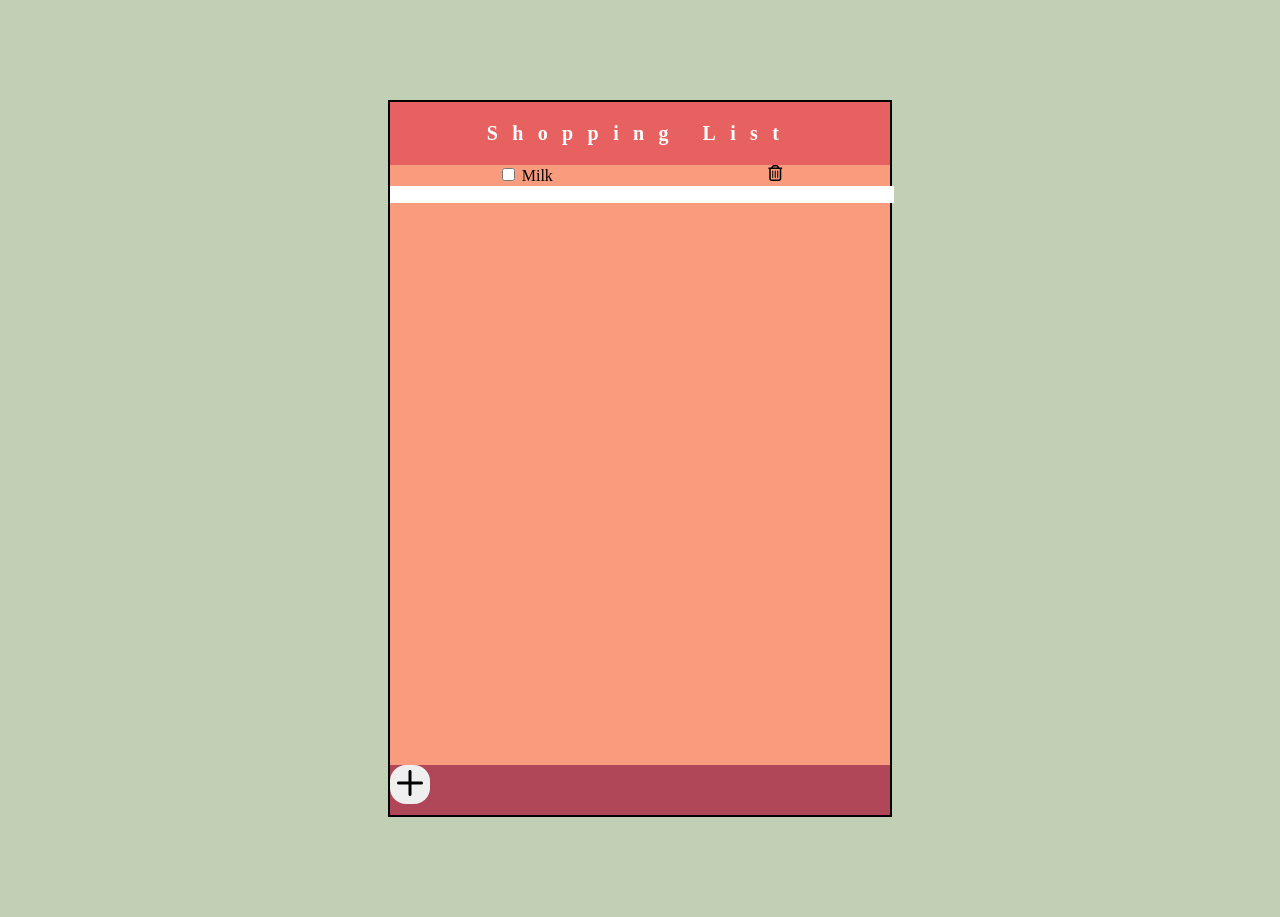
Repository: sephinejo/shopping-list-app
Page: index.html
An editor plug-in stored every save of this project. The page is shown before and after the next save, followed by the edit.
The browser window is 1280 px wide. The pictures show the whole page.
Some web fonts or font styles are not loaded; a fallback is used. Some web libraries are served in a nearby version.

Above is the page before, as saved 2023-05-11 22:32:21.

### index.html
<!DOCTYPE html>
<html lang="en">
  <head>
    <meta charset="UTF-8" />
    <meta http-equiv="X-UA-Compatible" content="IE=edge" />
    <meta name="viewport" content="width=device-width, initial-scale=1.0" />
    <title>Shopping List 🛍️🛒</title>
    <link rel="preconnect" href="https://fonts.googleapis.com" />
    <link rel="preconnect" href="https://fonts.gstatic.com" crossorigin />
    <link rel="preconnect" href="https://fonts.googleapis.com" />
    <link rel="preconnect" href="https://fonts.gstatic.com" crossorigin />
    <link rel="preconnect" href="https://fonts.googleapis.com" />
    <link rel="preconnect" href="https://fonts.gstatic.com" crossorigin />
    <link rel="preconnect" href="https://fonts.googleapis.com" />
    <link rel="preconnect" href="https://fonts.gstatic.com" crossorigin />
    <link
      href="https://fonts.googleapis.com/css2?family=Alice&family=Open+Sans:wght@300;400;700;800&family=Raleway:wght@400;600;700;800&family=Roboto+Mono:wght@300;400;500;700&family=Roboto:wght@400;500&family=Ubuntu:wght@400;700&display=swap"
      rel="stylesheet"
    />
    <script
      src="https://kit.fontawesome.com/9ac80604cb.js"
      crossorigin="anonymous"
    ></script>
    <link rel="stylesheet" href="style.css" />
    <script src="main.js" defer></script>
  </head>
  <body>
    <div class="container">
      <header>
        <p class="title">Shopping List</p>
      </header>
      <main>
        <ul class="items">
          <li class="item">
            <div class="item__title">
              <input class="checkbox" type="checkbox" />
              <label for="item__name">Milk</label>
            </div>
            <div class="item__delete">
              <i class="fa-regular fa-trash-can"></i>
            </div>
          </li>
        </ul>
        <input class="input" type="text" />
      </main>
      <footer>
        <button class="add">
          <i class="fa-regular fa-plus"></i>
        </button>
      </footer>
    </div>
  </body>
</html>

### style.css
body {
  margin: 0 auto;
  background-color: #c1d0b5;
}

.container {
  margin: 100px auto;
  width: 500px;
  border: 2px solid black;
  display: flex;
  flex-direction: column;
  align-items: center;
}

header {
  width: 100%;
  text-align: center;
  font-family: 'Alice';
  color: white;
  letter-spacing: 0.9rem;
  font-weight: 700;
  font-size: 20px;
  background-color: #e76161;
}

main {
  background-color: #f99b7d;
  width: 100%;
  height: 600px;
}

ul {
  margin: 0;
  padding: 0;
}

li {
  list-style: none;
  display: flex;
  justify-content: space-around;
}

.input {
  width: 100%;
  border-style: none;
}

footer {
  height: 50px;
  background-color: #b04759;
  width: 100%;
}

button {
  border-style: none;
  border-radius: 1rem;
  cursor: pointer;
  font-size: 2rem;
  text-align: center;
}

Loaded but not shown: main.js (no copy from this time; the picture is the same without it)

After the next save:
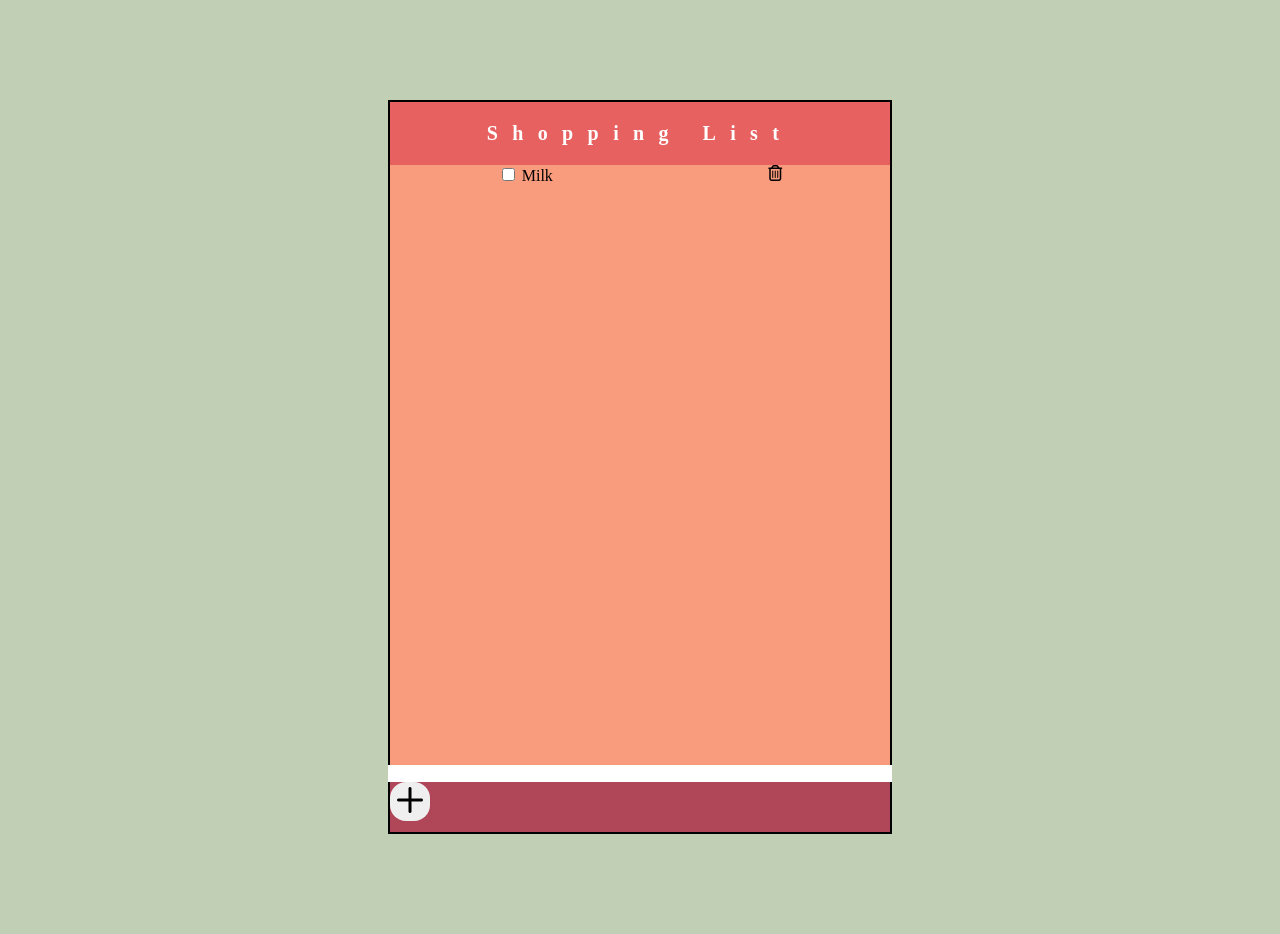
Saved 22 s later.
--- a/index.html
+++ b/index.html
@@ -41,8 +41,8 @@
             </div>
           </li>
         </ul>
-        <input class="input" type="text" />
       </main>
+      <input class="input" type="text" />
       <footer>
         <button class="add">
           <i class="fa-regular fa-plus"></i>
